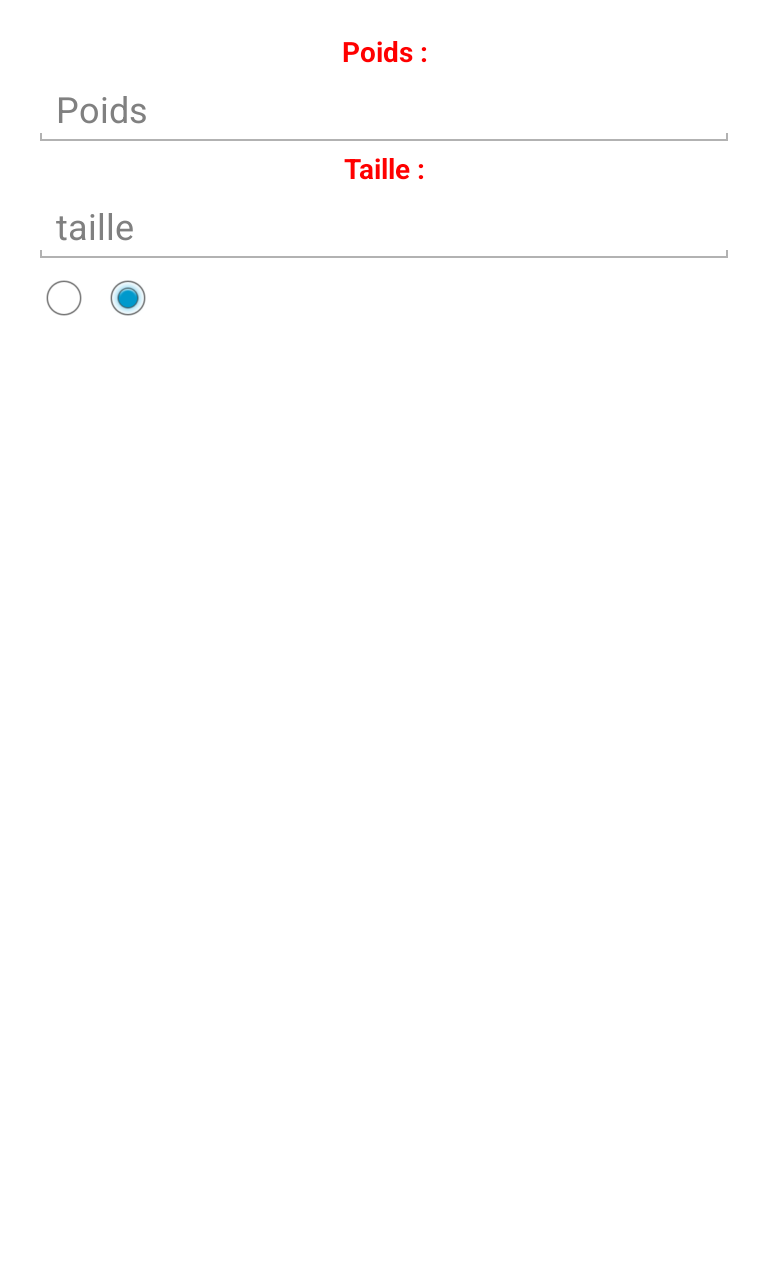
Repository: mikaelpopowicz/cours
Layout: graph/test/res/layout/activity_main.xml
The author's editor kept a copy of each file at every save. The layout is drawn from the files as they stood at one save, then again after the next save.
It is drawn on a 768 x 1280 px phone screen (xhdpi) without system bars, with theme AppTheme; the app's code is not run.

Above is the layout before, as saved 2014-02-26 22:46:56.

### graph/test/res/layout/activity_main.xml
<LinearLayout xmlns:android="http://schemas.android.com/apk/res/android"
    xmlns:tools="http://schemas.android.com/tools"
    android:layout_width="match_parent"
    android:layout_height="match_parent"
    android:paddingBottom="@dimen/activity_vertical_margin"
    android:paddingLeft="@dimen/activity_horizontal_margin"
    android:paddingRight="@dimen/activity_horizontal_margin"
    android:paddingTop="@dimen/activity_vertical_margin"
    tools:context=".MainActivity"
    android:orientation="vertical" >

    <TextView
        android:layout_width="fill_parent"
        android:layout_height="wrap_content"
        android:text="Poids :"
        android:textStyle="bold"
        android:textColor="#FF0000"
        android:gravity="center"/>

    <EditText
        android:id="@+id/poids"
        android:layout_width="fill_parent"
        android:layout_height="wrap_content"
        android:hint="Poids"
        android:inputType="text"/>

    <TextView
        android:layout_width="fill_parent"
        android:layout_height="wrap_content"
        android:text="Taille :"
        android:textStyle="bold"
        android:textColor="#FF0000"
        android:gravity="center"/>

    <EditText
        android:id="@+id/taille"
        android:layout_width="fill_parent"
        android:layout_height="wrap_content"
        android:hint="taille"
        android:inputType="text"/>

    <RadioGroup
  		android:layout_width="wrap_content"
  		android:layout_height="wrap_content"
  		android:orientation="horizontal" >
  		<RadioButton
    		android:layout_width="wrap_content"
    		android:layout_height="wrap_content" />
  		<RadioButton
    		android:layout_width="wrap_content"
    		android:layout_height="wrap_content"
    		android:checked="true" />
</RadioGroup>

</LinearLayout>

Loaded but not shown: graph/test/res/values/styles.xml (common file); graph/test/res/values-v11/styles.xml (common file); graph/test/res/values-v14/styles.xml (common file); graph/test/res/values/dimens.xml (common file)

After the next save:
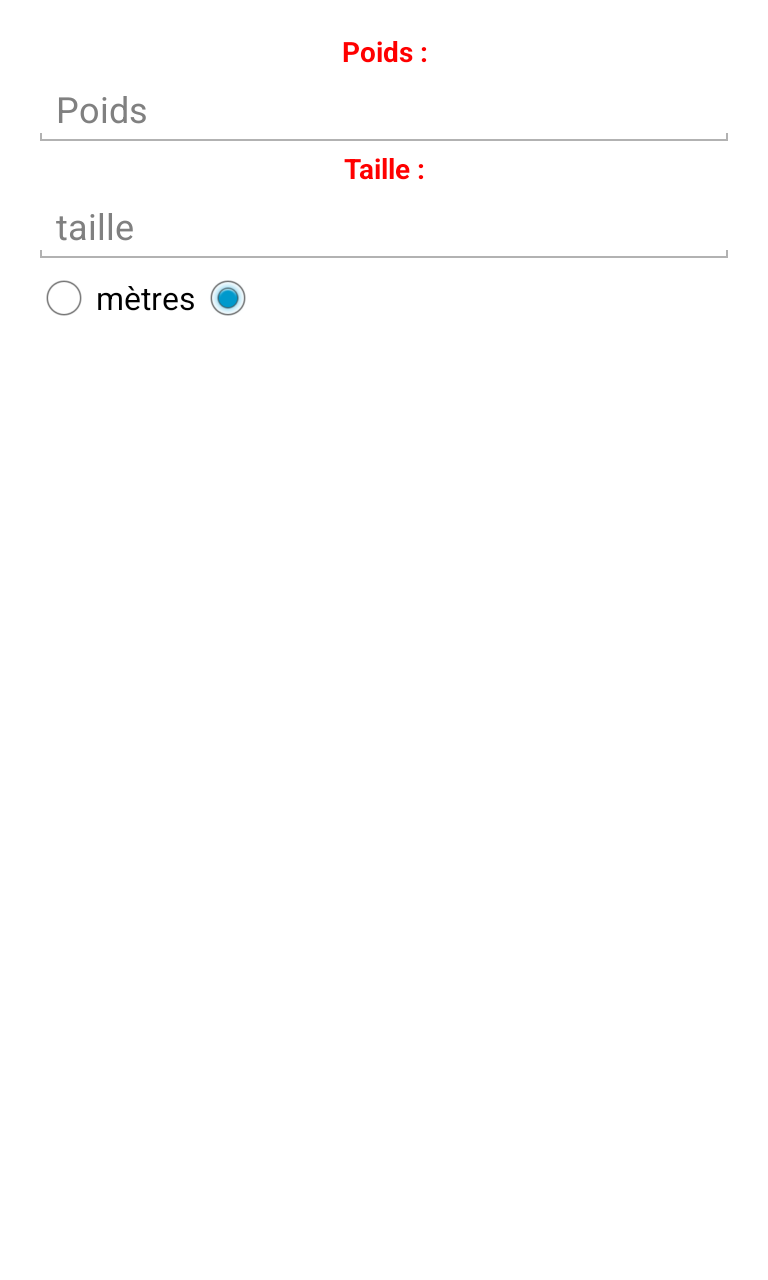
Saved 24 s later.
--- a/graph/test/res/layout/activity_main.xml
+++ b/graph/test/res/layout/activity_main.xml
@@ -45,7 +45,8 @@
   		android:orientation="horizontal" >
   		<RadioButton
     		android:layout_width="wrap_content"
-    		android:layout_height="wrap_content" />
+    		android:layout_height="wrap_content"
+    		android:text="mètres" />
   		<RadioButton
     		android:layout_width="wrap_content"
     		android:layout_height="wrap_content"
